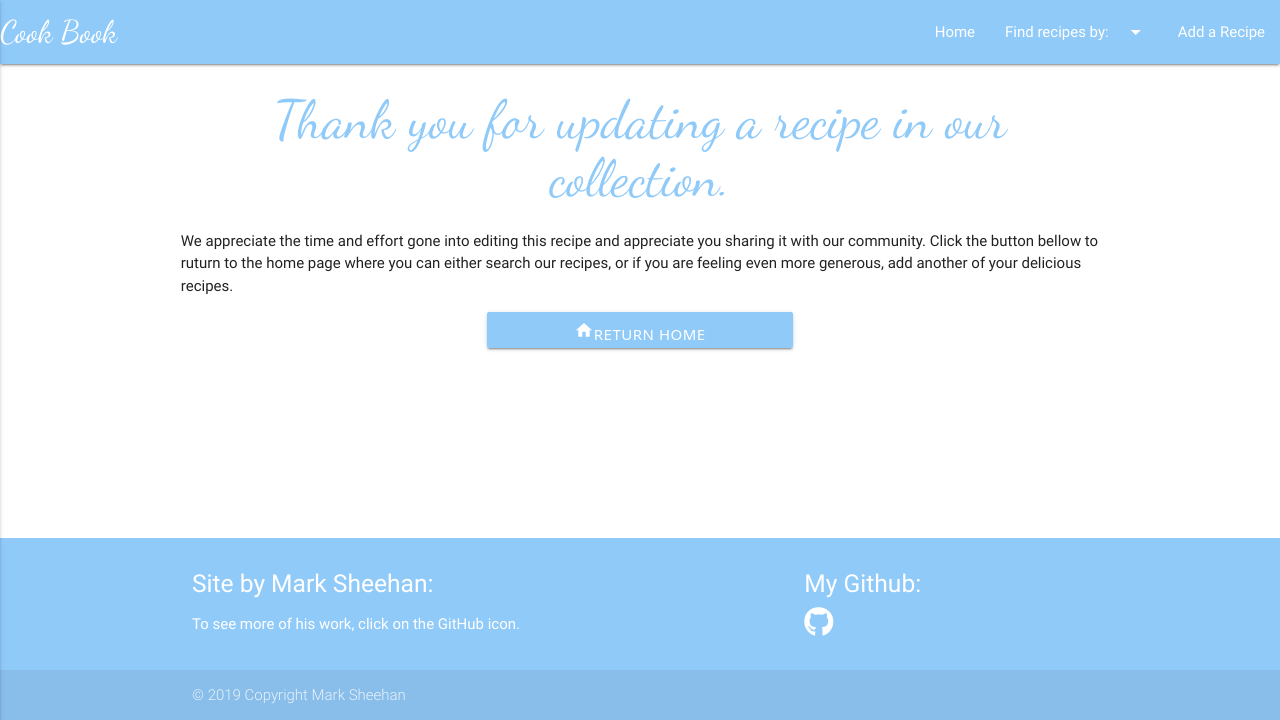
Repository: MarkSheehan72/milestone-project-3
Page: http://localhost/thanks_update
The author's editor kept a record of every edit. The page is drawn from the files as they stood at one moment, then again after the next edit.
The browser window is 1280 px wide. The pictures show the whole page.
Some web libraries are served in a nearby version. The page is served by the project's application, run on Flask 3 (app.py).

Above is the page before.

### templates/thanks_update.html
{% extends 'base.html' %} {% block content%}


<!--Thanks you (update) page:-->
<!--Users are sent to this page after they edit a recipe.-->
<!--This gives users assured feedback that their recipe has been edited.-->

<div class="row">
    <h2 class="center-align title-font center blue-text text-lighten-3">Thank you for updating a recipe in our collection.</h2>
    <p class="center_align">We appreciate the time and effort gone into editing this recipe and appreciate you sharing it with our community. Click the button
    bellow to ruturn to the home page where you can either search our recipes, or if you are feeling even more generous, add another of your
    delicious recipes.</p>
    <a href="{{url_for('index')}}" class="waves-effect waves-light btn blue lighten-3 standard-font hoverable col s12 m4 offset-m4"><i class="material-icons">home</i>Return Home</a>
</div>




{% endblock %}

### templates/base.html
<!DOCTYPE html>
<html lang="en">

<head>
    <meta charset="UTF-8">
    <meta name="viewport" content="width=device-width, initial-scale=1.0">
    <meta http-equiv="X-UA-Compatible" content="ie=edge">
    <title>Cookbook</title>

    <link href="https://fonts.googleapis.com/icon?family=Material+Icons" rel="stylesheet">
    <link rel="stylesheet" href="https://cdnjs.cloudflare.com/ajax/libs/materialize/0.100.2/css/materialize.min.css">
    <link rel="stylesheet" href="https://cdnjs.cloudflare.com/ajax/libs/font-awesome/5.9.0/css/all.min.css"/>
    <link rel="stylesheet" href="static/css/style.css" type="text/css" />

</head>

<body>

<!--Navbar:-->
<!--Split into the normal and mobile versions.-->
    <header>
        <ul id="dropdown1" class="dropdown-content">
            <li><a href="{{url_for('search_recipe_title')}}">Recipe Title</a></li>
            <li class="divider"></li>
            <li><a href="{{url_for('search_cuisine')}}">Cuisine</a></li>
            <li class="divider"></li>
            <li><a href="{{url_for('search_ingredient')}}">Ingredients</a></li>
            <li class="divider"></li>
            <li><a href="{{url_for('search_username')}}">Your Username</a></li>
        </ul>
        <nav>
            <div class="nav-wrapper blue lighten-3">
                <a href="{{url_for('index')}}" class="brand-logo title-font">Cook Book</a>
                <a href="#" data-activates="mobile-demo" class="button-collapse"><i class="material-icons">menu</i></a>
                <ul id="nav-mobile" class="right hide-on-med-and-down">
                    <li><a href="{{url_for('index')}}">Home</a></li>
                    <li><a class="dropdown-button" href="#!" data-beloworigin="true" data-activates="dropdown1">Find recipes by:<i class="material-icons right">arrow_drop_down</i></a></li>
                    <li><a href="{{url_for('add_recipe')}}">Add a Recipe</a></li>
                </ul>
                <ul class="side-nav" id="mobile-demo">
                    <li><a href="{{url_for('index')}}">Home</a></li>
                    <li><a href="{{url_for('get_recipes')}}">Find a Recipe</a></li>
                    <li><a href="{{url_for('add_recipe')}}">Add a Recipe</a></li>
                </ul>
            </div>
        </nav>
    </header>

<!--Block content:-->
<!--Div for the block content extended from other pages.-->
    <main>
        <div class="container">
            {% block content %} {% endblock %}

        </div>
    </main>

    <footer class="page-footer blue lighten-3">
        <div class="container">
            <div class="row">
                <div class="col l6 s12">
                    <h5 class="white-text">Site by Mark Sheehan:</h5>
                    <p>To see more of his work, click on the GitHub icon.</p>
                </div>
                <div class="col l4 offset-l2 s12">
                    <h5 class="white-text">My Github:</h5>
                    <a href="https://github.com/MarkSheehan72"><i class="fab fa-github fa-2x white-text"></i></a>
                </div>
            </div>
        </div>
        <div class="footer-copyright">
            <div class="container">
                © 2019 Copyright Mark Sheehan
            </div>
        </div>
    </footer>

<!--Javascript/JQuery content:-->
<!--Linked Javascript content and JQuery functions from Materialize.-->
    <script src="https://cdnjs.cloudflare.com/ajax/libs/jquery/3.2.1/jquery.min.js"></script>
    <script src="https://cdnjs.cloudflare.com/ajax/libs/materialize/0.100.2/js/materialize.min.js"></script>
    <script type="text/javascript">
        $(document).ready(function() {
            $('.collapsible').collapsible();
            $(".button-collapse").sideNav();
            $(".dropdown-button").dropdown({ hover: true });
            $('.modal').modal();
            $('.parallax').parallax();
        });
    </script>

</body>

</html>

### app.py
import os
from flask import Flask, render_template, redirect, request, url_for
from flask_pymongo import PyMongo
from bson.objectid import ObjectId
from itertools import islice

app = Flask(__name__)

app.config["MONGO_DBNAME"] = 'cook_book'
app.config["MONGO_URI"] = 'mongodb+srv://root:r00tUser@myfirstcluster-chhcw.mongodb.net/cook_book?retryWrites=true&w=majority'

mongo = PyMongo(app)


#////////////////////////////////////////////////# Home Page
@app.route('/')
@app.route('/index')
def index():
    recipes=mongo.db.recipes.find().sort("views", -1)
    return render_template("index.html", recipes=recipes)


#////////////////////////////////////////////////# Add recipe page
@app.route('/add_recipe')
def add_recipe():
    recipes=mongo.db.recipes.find()
    categories=mongo.db.categories.find()
    return render_template("addrecipe.html", recipes=recipes, categories=categories)


#////////////////////////////////////////////////# Function for inserting a recipe as a document in MongoDB. Once a user has added a recipe,
#////////////////////////////////////////////////# they will be redirecte to thanks.html, which is just a confirmation for the viewer that they
#////////////////////////////////////////////////# have successfully added a recipe to the app.
@app.route('/insert_recipe', methods=['POST'])
def insert_recipe():
    recipes = mongo.db.recipes
    recipes.insert(
    {
        'recipe_title': request.form.get('recipe_title').lower(),
        'recipe_description': request.form.get('recipe_description').lower(),
        'recipe_cuisine': request.form.get('recipe_cuisine').lower(),
        'user':
            {'name': request.form.get('user_name').lower(),
            'country': request.form.get('user_country').lower()},
        'ingredients':
            [
                {
                        'name': request.form.get('ingredient_name_1').lower(),
                        'amount': request.form.get('ingredient_amount_1').lower(),
                        'allergen': request.form.get('ingredient_allergen_1').lower()
                },
                {
                        'name': request.form.get('ingredient_name_2').lower(),
                        'amount': request.form.get('ingredient_amount_2').lower(),
                        'allergen': request.form.get('ingredient_allergen_2').lower()
                },
                {
                        'name': request.form.get('ingredient_name_3').lower(),
                        'amount': request.form.get('ingredient_amount_3').lower(),
                        'allergen': request.form.get('ingredient_allergen_3').lower()
                },
                {
                        'name': request.form.get('ingredient_name_4').lower(),
                        'amount': request.form.get('ingredient_amount_4').lower(),
                        'allergen': request.form.get('ingredient_allergen_4').lower()
                },
                {
                        'name': request.form.get('ingredient_name_5').lower(),
                        'amount': request.form.get('ingredient_amount_5').lower(),
                        'allergen': request.form.get('ingredient_allergen_5').lower()
                },
                {
                        'name': request.form.get('ingredient_name_6').lower(),
                        'amount': request.form.get('ingredient_amount_6').lower(),
                        'allergen': request.form.get('ingredient_allergen_6').lower()
                },
                {
                        'name': request.form.get('ingredient_name_7').lower(),
                        'amount': request.form.get('ingredient_amount_7').lower(),
                        'allergen': request.form.get('ingredient_allergen_7').lower()
                },
                {
                        'name': request.form.get('ingredient_name_8').lower(),
                        'amount': request.form.get('ingredient_amount_8').lower(),
                        'allergen': request.form.get('ingredient_allergen_8').lower()
                },
                {
                        'name': request.form.get('ingredient_name_9').lower(),
                        'amount': request.form.get('ingredient_amount_9').lower(),
                        'allergen': request.form.get('ingredient_allergen_9').lower()
                },
                {
                        'name': request.form.get('ingredient_name_10').lower(),
                        'amount': request.form.get('ingredient_amount_10').lower(),
                        'allergen': request.form.get('ingredient_allergen_10').lower()
                }
            ],
        'method': request.form.getlist('recipe_method'),
        'image': request.form.get('image')
    })
    return redirect(url_for('thanks'))


#////////////////////////////////////////////////Thank you page - users are sent to this page after they submit a recipe.
#////////////////////////////////////////////////This gives users assured feedback that their recipe has been added.
@app.route('/thanks')
def thanks():
    return render_template("thanks.html")


#////////////////////////////////////////////////Page linked from pressing the "Find Recipe" button on index.html.
#////////////////////////////////////////////////Also linked from the "Find Recipes" option in the mobile side nav.
@app.route('/get_recipes')
def get_recipes():
    recipes=mongo.db.recipes.find()
    categories=mongo.db.categories.find()
    return render_template("recipes.html", recipes=recipes, categories=categories)


# @app.route('/search_category/<category_id>')
# def search_category(category_id):
#     the_category = mongo.db.categories.find({'_id': ObjectId(category_id)})
#     all_categories = mongo.db.categories.find()
#     recipes=mongo.db.recipes.find()
#     return render_template("search_category.html", recipes=recipes, category=the_category, categories=all_categories)


# @app.route('/search_recipes/<category_id>', methods=['POST'])
# def search_recipes(category_id):
#     the_category = mongo.db.categories.find({'_id': ObjectId(category_id)})
#     all_categories = mongo.db.categories.find()
#     recipes=mongo.db.recipes.find()
#     search = request.form.get('search_recipes')
#     title_search = mongo.db.recipes.find({"recipe_title": {"$regex":search}})
#     cuisine_search = mongo.db.recipes.find({"recipe_cuisine": {"$regex":search}})
#     ingredients_search = mongo.db.recipes.find({"ingredients.name": {"$regex":search}})
#     return render_template("search_recipes.html", recipes=recipes, category=the_category, categories=all_categories, title_search=title_search, cuisine_search=cuisine_search, ingredients_search=ingredients_search)


#////////////////////////////////////////////////Search Views:
#////////////////////////////////////////////////The following views provide users with a search page for their desired search category,
#////////////////////////////////////////////////and the search results from those pages.

@app.route('/search_username')
def search_username():
    recipes=mongo.db.recipes.find()
    return render_template("search_username.html", recipes=recipes)


@app.route('/search_recipes_by_username', methods=['POST'])
def search_recipes_by_username():
    recipes=mongo.db.recipes.find()
    search = request.form.get('search_recipes_by_username').lower()
    username_search = mongo.db.recipes.find({"user.name": {"$regex":search}}).sort("views", -1)
    count = username_search.count()
    return render_template("search_recipes_by_username.html", recipes=recipes, username_search=username_search, count=count)


@app.route('/search_cuisine')
def search_cuisine():
    recipes=mongo.db.recipes.find()
    return render_template("search_cuisine.html", recipes=recipes)


@app.route('/search_recipes_by_cuisine', methods=['POST'])
def search_recipes_by_cuisine():
    recipes=mongo.db.recipes.find()
    search = request.form.get('search_recipes_by_cuisine').lower()
    cuisine_search = mongo.db.recipes.find({"recipe_cuisine": {"$regex":search}}).sort("views", -1)
    count = cuisine_search.count()
    return render_template("search_recipes_by_cuisine.html", recipes=recipes, cuisine_search=cuisine_search, count=count)


@app.route('/search_ingredient')
def search_ingredient():
    recipes=mongo.db.recipes.find()
    return render_template("search_ingredient.html", recipes=recipes)


@app.route('/search_recipes_by_ingredient', methods=['POST'])
def search_recipes_by_ingredient():
    recipes=mongo.db.recipes.find()
    search = request.form.get('search_recipes_by_ingredient').lower()
    ingredient_search = mongo.db.recipes.find({"ingredients.name": {"$regex":search}}).sort("views", -1)
    count = ingredient_search.count()
    return render_template("search_recipes_by_ingredient.html", recipes=recipes, ingredient_search=ingredient_search, count=count)


@app.route('/search_recipe_title')
def search_recipe_title():
    recipes=mongo.db.recipes.find()
    return render_template("search_recipe_title.html", recipes=recipes)


@app.route('/search_recipes_by_recipe_title', methods=['POST'])
def search_recipes_by_recipe_title():
    recipes=mongo.db.recipes.find()
    search = request.form.get('search_recipes_by_recipe_title').lower()
    recipe_title_search = mongo.db.recipes.find({"recipe_title": {"$regex":search}}).sort("views", -1)
    count = recipe_title_search.count()
    return render_template("search_recipes_by_recipe_title.html", recipes=recipes, recipe_title_search=recipe_title_search, count=count)


#////////////////////////////////////////////////The recipe view:
#////////////////////////////////////////////////The page for the particular recipe picked by the user.
@app.route('/the_recipe/<recipe_id>')
def the_recipe(recipe_id):
    the_recipe = mongo.db.recipes.find({'_id': ObjectId(recipe_id)})
    mongo.db.recipes.update({'_id': ObjectId(recipe_id)}, { '$inc': { 'views': 1 } })
    return render_template("the_recipe.html", recipe=the_recipe)


#////////////////////////////////////////////////Edit recipe view:
#////////////////////////////////////////////////Where users can edit the details of a selected recipe.
@app.route('/edit_recipe/<recipe_id>')
def edit_recipe(recipe_id):
    the_recipe = mongo.db.recipes.find_one({'_id': ObjectId(recipe_id)})
    return render_template('edit_recipe.html', recipe=the_recipe)

@app.route('/update_recipe/<recipe_id>', methods=['POST'])
def update_recipe(recipe_id):
    recipes = mongo.db.recipes

    #Get an array of each ingredient element:
    ingredients_name = request.form.getlist('ingredient_name')
    ingredients_amount = request.form.getlist('ingredient_amount')
    ingredients_allergen = request.form.getlist('ingredient_allergen')

    #Loops through each array and creates an object containing each ingredient's name, amount and allergen info.
    #Then appends this collection of objects to an array (ingredients_array):
    ingredients_array = []
    for name, amount, allergen in islice(zip(ingredients_name, ingredients_amount, ingredients_allergen), 0, None):
        temporary_object = {}
        temporary_object.update({'name': name.lower()})
        temporary_object.update({'amount': amount.lower()})
        temporary_object.update({'allergen': allergen.lower()})
        ingredients_array.append(temporary_object)

    #Updates the recipe fields:
    recipes.update( {'_id': ObjectId(recipe_id)},
    {
        'recipe_title': request.form.get('recipe_title').lower(),
        'recipe_description': request.form.get('recipe_description').lower(),
        'recipe_cuisine': request.form.get('recipe_cuisine').lower(),
        'user':
            {'name': request.form.get('user_name').lower(),
            'country': request.form.get('user_country').lower()},
        'ingredients': ingredients_array,
        'method': request.form.getlist('recipe_method'),
        'image': request.form.get('image')
    })
    return redirect(url_for('thanks_update'))


#////////////////////////////////////////////////Thank you (update) page - users are sent to this page after they edit a recipe.
#////////////////////////////////////////////////This gives users assured feedback that their recipe has been edited.
@app.route('/thanks_update')
def thanks_update():
    return render_template("thanks_update.html")


#////////////////////////////////////////////////Delete recipe view:
#////////////////////////////////////////////////Where users can delete a selected recipe.
@app.route('/delete_recipe/<recipe_id>')
def delete_recipe(recipe_id):
    recipes = mongo.db.recipes
    recipes.remove({'_id': ObjectId(recipe_id)})
    return redirect(url_for('index'))


if __name__ == '__main__':
    app.run(host=os.environ.get('IP'),
    port=int(os.environ.get('PORT')),
    debug=True)

### static/css/style.css
@import url('https://fonts.googleapis.com/css?family=Noto+Sans|Dancing+Script&display=swap');

body {
    display: flex;
    min-height: 100vh;
    flex-direction: column;
}

main {
    flex: 1 0 auto;
}

a {
    text-decoration: none;
}


/*Fonts*/

.title-font {
    font-family: 'Dancing Script', cursive;
}

.standard-font {
    font-family: 'Noto Sans', sans-serif;
}


/*Height for Parallax Container*/
.parallax-container {
    height: 400px;
    margin-top: 10px;
    }

/*.modal-footer {*/
/*    text-align: center;*/
/*}*/


/*i.material-icons {*/
/*    padding-right: 5px;*/
/*}*/


/*.small{*/
/*    height: 200px;*/
/*}*/


/*.small-recipe-card {*/
/*    min-height: 170px;*/
/*}*/


/*a {*/
/*    font-size: 16px;*/
/*}*/


/*#index-img {*/
/*    max-height: 210px;*/
/*    margin-bottom: 10px;*/
/*}*/

/*#get-recipes-img {*/
/*    max-height: 170px;*/
/*}*/

/*.get_recipes_card {*/
/*    height: 200px;*/
/*    background-image: url("https://www.goodfreephotos.com/cache/food/cooking-ingredients-with-avocado-mushrooms-eggs.jpg")*/
/*}*/

/*.fixeditem{*/
/*    display:block;*/
/*    width:100%;*/
/*    height:200px;*/
/*    background-image:url(https://images.pexels.com/photos/342019/pexels-photo-342019.jpeg?auto=compress&cs=tinysrgb&dpr=2&h=650&w=940);*/
/*    overflow:scroll;*/
/*    }*/


/*.card-panel {*/
/*    margin-right: 5px;*/
/*}*/

After the next edit:
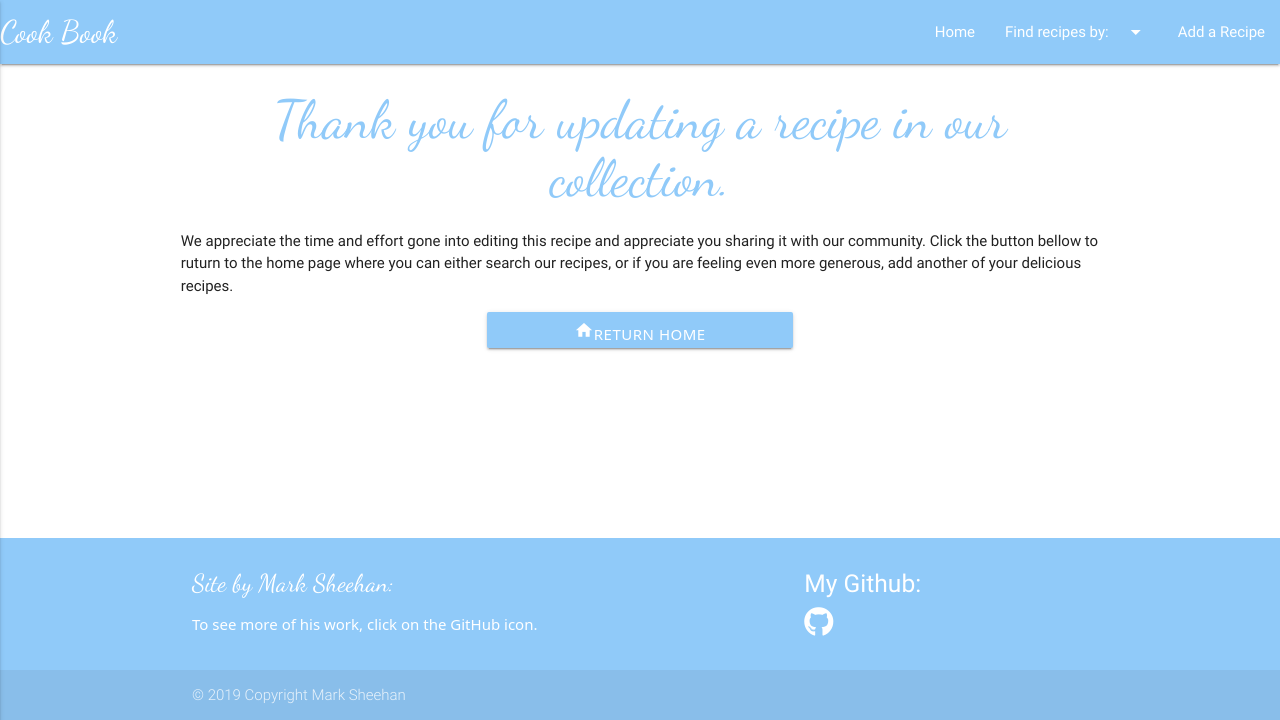
The edit:
--- a/templates/base.html
+++ b/templates/base.html
@@ -59,8 +59,8 @@
         <div class="container">
             <div class="row">
                 <div class="col l6 s12">
-                    <h5 class="white-text">Site by Mark Sheehan:</h5>
-                    <p>To see more of his work, click on the GitHub icon.</p>
+                    <h5 class="white-text title-font">Site by Mark Sheehan:</h5>
+                    <p class="standard-font">To see more of his work, click on the GitHub icon.</p>
                 </div>
                 <div class="col l4 offset-l2 s12">
                     <h5 class="white-text">My Github:</h5>
